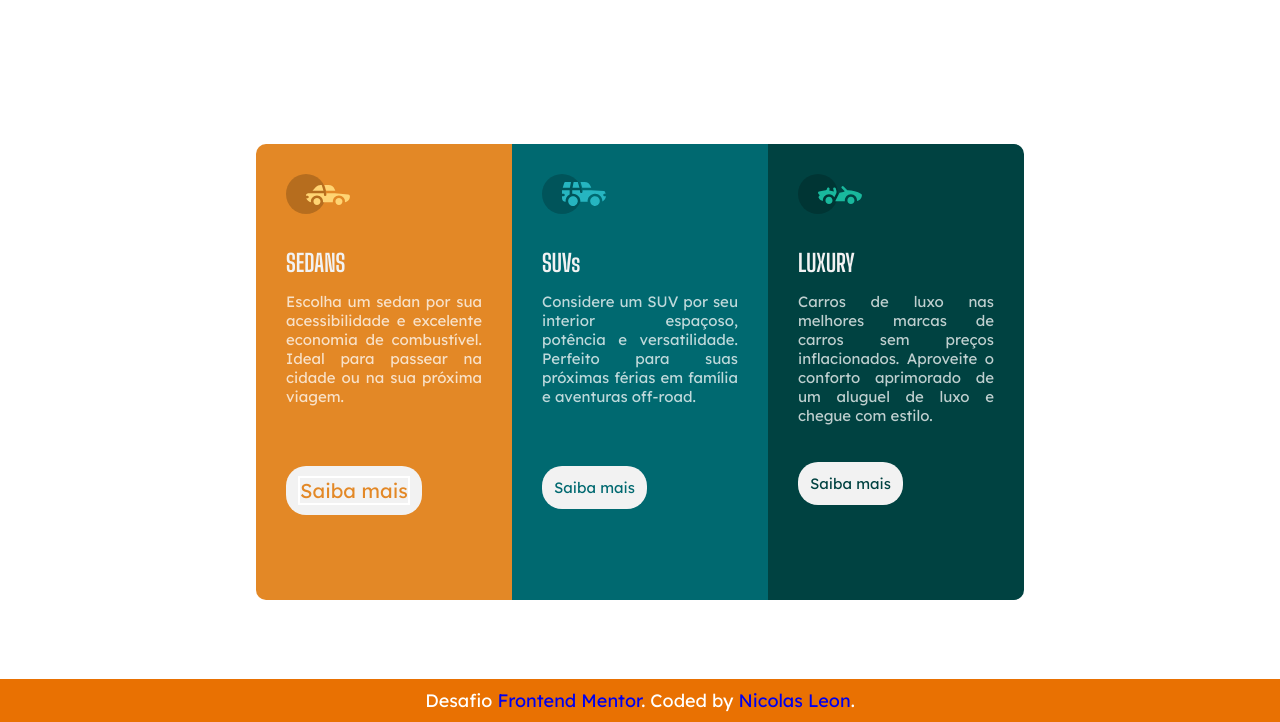
Repository: Leonngc/Car-cards
Page: index.html
An editor plug-in stored every save of this project. The page is shown before and after the next save, followed by the edit.
The browser window is 1280 px wide. The pictures show the whole page.
The pointer rests on the first visible `a`.

Above is the page before, as saved 2023-01-17 20:12:30.

### index.html
<!DOCTYPE html>
<html lang="pt-br">
  <head>
    <meta charset="UTF-8" />
    <meta name="viewport" content="width=device-width, initial-scale=1.0" />
    <!-- displays site properly based on user's device -->

    <link
      rel="icon"
      type="image/png"
      sizes="32x32"
      href="./images/favicon-32x32.png"
    />

    <link rel="stylesheet" href="styles/style.css" />

    <title>Frontend Mentor | 3-column preview card component</title>

    <!-- Feel free to remove these styles or customise in your own stylesheet 👍 -->
  </head>
  <body>
    <main>
      <div class="card" id="sedan">
        <div class="image"><img src="images/icon-sedans.svg" alt="" /></div>
        <h2>SEDANS</h2>
        <p>
          Escolha um sedan por sua acessibilidade e excelente economia de
          combustível. Ideal para passear na cidade ou na sua próxima viagem.
        </p>
        <button id="sedan-btn"><a href="https://www.webmotors.com.br/sedans">Saiba mais</a></button>
      </div>
      <div class="card" id="suv">
        <div class="image"><img src="images/icon-suvs.svg" alt="" /></div>

        <h2>SUVs</h2>
        <p>
          Considere um SUV por seu interior espaçoso, potência e versatilidade.
          Perfeito para suas próximas férias em família e aventuras off-road.
        </p>
        <button id="suv-btn"><a href="https://www.webmotors.com.br/suvs">Saiba mais</a></button>
      </div>
      <div class="card" id="luxury">
        <div class="image"><img src="images/icon-luxury.svg" alt="" /></div>
        <h2>LUXURY</h2>
        <p>
          Carros de luxo nas melhores marcas de carros sem preços inflacionados.
          Aproveite o conforto aprimorado de um aluguel de luxo e chegue com
          estilo.
        </p>
        <button id="luxury-btn"><a href="http://www.consultingcars.com.br/">Saiba mais</a></button>
      </div>
    </main>

    <footer class="attribution">
      <p>
        Desafio
        <a href="https://www.frontendmentor.io?ref=challenge" target="_blank"
          >Frontend Mentor</a
        >. Coded by <a href="https://www.instagram.com/leonn_gc/">Nicolas Leon</a>.
      </p>
    </footer>
  </body>
</html>

### styles/style.css
@import url("https://fonts.googleapis.com/css2?family=Lexend+Deca&display=swap");

@import url("https://fonts.googleapis.com/css2?family=Big+Shoulders+Display:wght@700&display=swap");

* {
  margin: 0 auto;
  padding: 0;
}

:root {
  --font-body: "Lexend Deca", sans-serif;

  --font-title: "Big Shoulders Display", cursive;
}

/* Basic styles */

main {
  display: flex;
  margin: auto;
  margin-top: 20vh;
  margin-left: 20vw;
  margin-right: 20vw;
}
.card {
  padding: 30px;
  height: 55vh;
  width: 90vw;
}
.card > p {
  font-family: var(--font-body);
  margin-bottom: 60px;
  text-align: justify;
  font-size: 15px;
  color: hsla(0, 0%, 100%, 0.75);
}
.card > h2 {
  font-family: var(--font-title);
  padding-top: 30px;
  padding-bottom: 15px;
  color: hsl(0, 0%, 95%);
}

#sedan {
  background-color: hsl(31, 77%, 52%);
  border-top-left-radius: 10px;
  border-bottom-left-radius: 10px;
}

#suv {
  background-color: hsl(184, 100%, 22%);
}

#luxury {
  background-color: hsl(179, 100%, 13%);
  border-top-right-radius: 10px;
  border-bottom-right-radius: 10px;
}

#luxury > p {
  margin-bottom: 37px;
}

button {
  padding: 12px;
  border-radius: 20px;
  background-color: hsl(0, 0%, 95%);
  border: 0;
  font-family: var(--font-body);
  font-size: 15px;

}

#sedan-btn > a{
    color: hsl(31, 77%, 52%);
}

#suv-btn > a{
    color: hsl(184, 100%, 22%);
}

#luxury-btn > a{
    color: hsl(179, 100%, 13%);
}


footer > p {
  background-color: rgb(233, 113, 2);
  color: white;
  font-size: 18px;
  margin-top: 11vh;
  padding: 10px;
  text-align: center;
  font-family: var(--font-body);
}

a {
  text-decoration: none;
}

/* Animations */
a:hover {
  background-color: hsla(0, 0%, 54%, 0);
  border: 2px solid rgb(255, 255, 255);
  color: #FFF;
}

a:hover {
  font-size: 20px;
}

/* Media Queries */
@media screen and (max-width: 650px) {
  main {
    display: flex;
    flex-direction: column;
    margin-top: 20vh;
    margin-left: 10vw;
    margin-right: 10vw;
  }

  .card {
    height: 40vh;
    width: 60vw;
    padding-bottom: 110px;
  }

  .card > h2 {
    font-size: 35px;
    padding-top: 30px;
    padding-bottom: 22px;
  }
  .card > p {
    font-size: 18px;
  }
  #sedan {
    border-radius: 0;
    border-top-left-radius: 10px;
    border-top-right-radius: 10px;
  }
  #luxury {
    border-radius: 0px 0px 10px 10px;
  }

  button{
    width: 180px;
    padding: 10px;
    border-radius: 20px;
    margin-left: 12vw;
  }
}

After the next save:
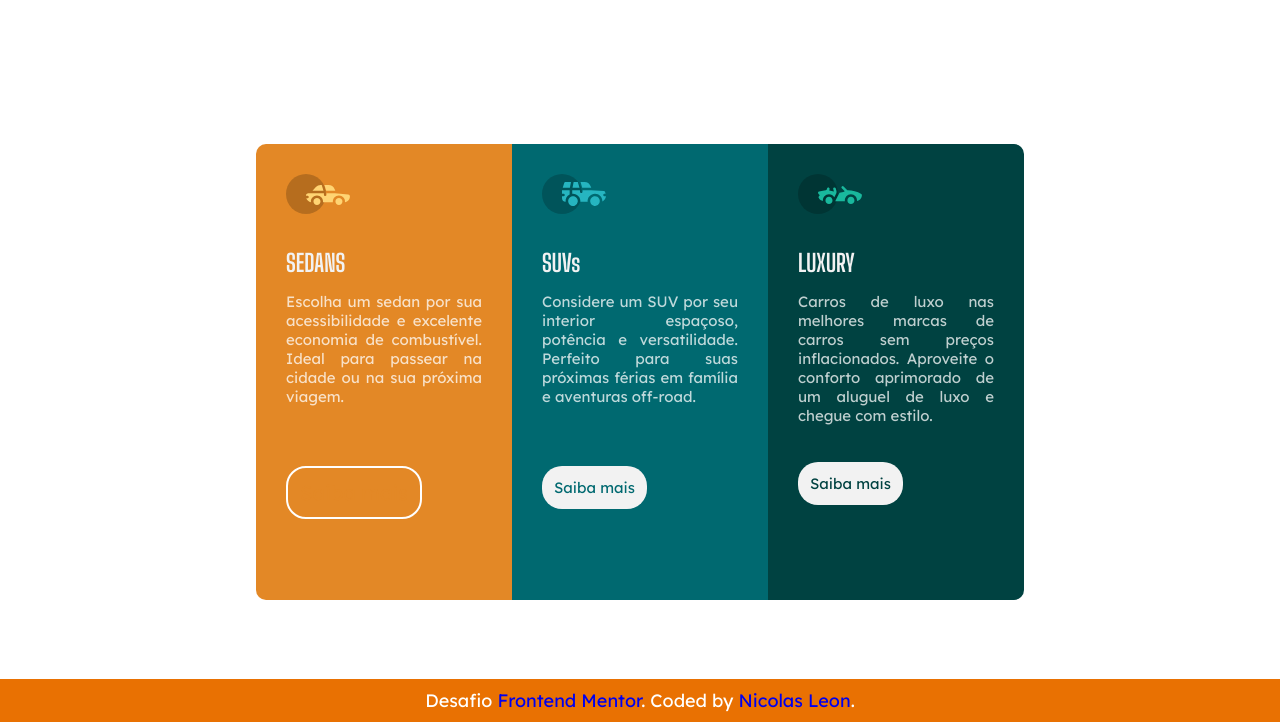
Saved 14 s later.
--- a/styles/style.css
+++ b/styles/style.css
@@ -99,7 +99,7 @@
 }
 
 /* Animations */
-a:hover {
+button:hover {
   background-color: hsla(0, 0%, 54%, 0);
   border: 2px solid rgb(255, 255, 255);
   color: #FFF;
